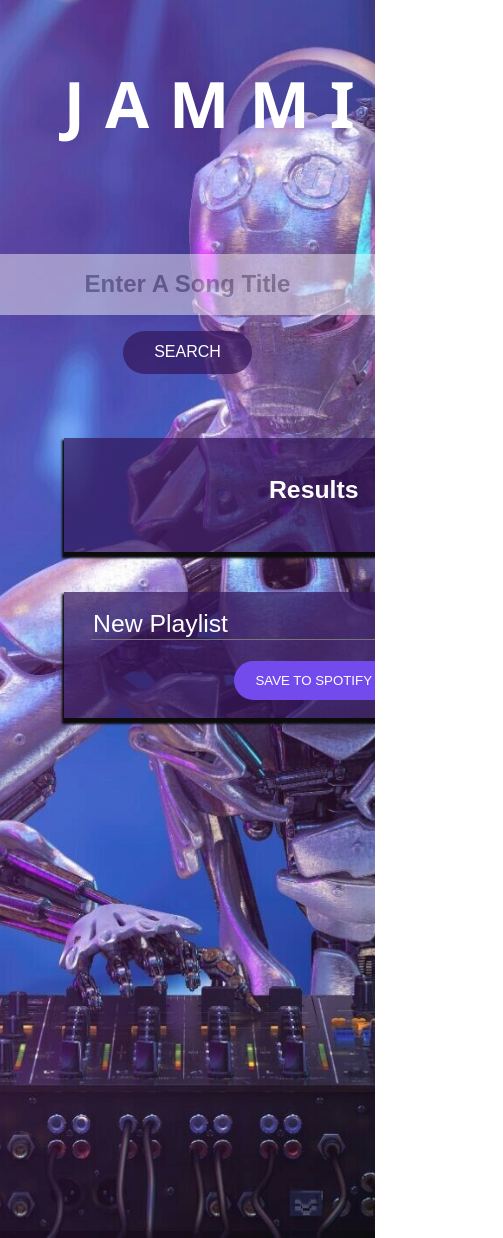
Repository: LolaSL/jamming
Page: /
These files come from the project's save history. The page is drawn as it stood at one moment and after a run of saves; the edit follows.
The browser window is 375 px wide. The page is 375 px wide, then 503 px, then 375 px, so the pictures cover 503 px, including what lies to the right of the window. The pictures show the whole page.
The project was rebuilt for these pictures with package versions that can differ from the ones it lists, and the page was loaded fresh each time. Also part of the build but not shown: src/components/Track/Track.css, src/components/Track/Track.jsx.

Above is the page before, as saved 2023-06-23 17:50:54.

### src/App/App.js
import React, { useState, useCallback } from "react";
import "./App.css";

import Playlist from "../components/PlayList/PlayList.jsx";
import SearchBar from "../components/SearchBar/SearchBar";
import SearchResults from "../components/SearchResults/SearchResults";
import Spotify from "../utils/Spotify";

const App = () => {
  const [searchResults, setSearchResults] = useState([]);
  const [playlistName, setPlaylistName] = useState("New Playlist");
  const [playlistTracks, setPlaylistTracks] = useState([]);

  const search = useCallback(async (term) => {
    const results = await Spotify.search(term);
    setSearchResults(results);
  }, []);

  const addTrack = useCallback((track) => {
    if (playlistTracks.some((savedTrack) => savedTrack.id === track.id)) {
      return;
    }
    setPlaylistTracks((prevTracks) => [...prevTracks, track]);
  }, [playlistTracks]);

  const removeTrack = useCallback((track) => {
    setPlaylistTracks((prevTracks) =>
      prevTracks.filter((currentTrack) => currentTrack.id !== track.id)
    );
  }, []);

  const updatePlaylistName = useCallback((name) => {
    setPlaylistName(name);
  }, []);

  const savePlaylist = useCallback(async () => {
    const trackUris = playlistTracks.map((track) => track.uri);
    await Spotify.savePlaylist(playlistName, trackUris);
    setPlaylistName("New Playlist");
    setPlaylistTracks([]);
  }, [playlistName, playlistTracks]);

  return (
    <div className="App-container" data-testid="app-test">
      <h1>
        Jamming
      </h1>
      <SearchBar onSearch={search} />
      <div className="App-playlist">
          <SearchResults searchResults={searchResults} onAdd={addTrack} />
          <Playlist
            playlistName={playlistName}
            playlistTracks={playlistTracks}
            onNameChange={updatePlaylistName}
            onRemove={removeTrack}
            onSave={savePlaylist}
        />
      </div>
      </div>
  );
};

export default App;
;

### src/App/App.css
body,
html,
#root {
  height: 100%;

}

.App-container{
  flex-wrap: wrap;
  height: 150%;
  padding: 0 17% 10% 17%;
  background-image: url('./background.jpg');
  opacity: 0.95;
  background-size: cover;
  overflow: hidden;
  background-position: center;
  background-repeat: no-repeat;
  font-family: 'Work Sans', sans-serif;
  font-weight: 500;
  color: #56649f;
  text-align: center;
  max-width: 100%;

}
h1{
  font-family:'Segoe UI', Tahoma, Geneva, Verdana, sans-serif;
  text-transform: uppercase;
  letter-spacing: 20px;
  color: #ffffff;
  font-size: 4rem;
  margin-top: 60px;
}
.App-playlist{
  display: flex;
  flex-wrap: wrap;
  align-items: justify;
  column-gap: 30px;
  width:500px;
  margin: 0 auto;

}

@media screen and (max-width: 400px) {
  .TrackList {
    width: 70%;
    height: auto;
    align-items: center;
  }
}

@media screen and (max-width: 800px) {
  .TrackList {
    width:75%;
    height: auto;
    align-items: center;
  }
}
@media only screen and (max-width: 1220px) {
  .TrackList {
    width: 90%;
    height: auto;
    align-items: center;
  }
}
@media only screen and (max-width: 1620px) {
  .TrackList {
    width: 100%;
    height: auto;
    align-items: center;
  }
}

### src/components/PlayList/PlayList.jsx
import React, { useCallback } from "react";
import PropTypes from "prop-types";
import "./PlayList.css";
import TrackList from "../TrackList/TrackList";

const Playlist = ({
  onNameChange,
  playlistTracks,
  onRemove,
  onSave
}) => {
  const handleNameChange = useCallback((event) => {
    onNameChange(event.target.value);
  }, [onNameChange]);

  return (
    <div className="Playlist">
      <input onChange={handleNameChange} defaultValue={"New Playlist"} />
      <TrackList
        tracks={playlistTracks}
        isRemoval={true}
        onRemove={onRemove}
      />
      <button className="Playlist-save" onClick={onSave}>
        SAVE TO SPOTIFY
      </button>
    </div>
  );
};

Playlist.propTypes = {
  onNameChange: PropTypes.func,
  playlistTracks: PropTypes.array,
  onRemove: PropTypes.func,
  onSave: PropTypes.func
};

export default Playlist;

### src/components/SearchBar/SearchBar.jsx
import React, { useState, useCallback } from "react";
import "./SearchBar.css";

const SearchBar = ({ onSearch }) => {
  const [term, setTerm] = useState("");

  const handleTermChange = useCallback((event) => {
    setTerm(event.target.value);
  }, []);

  const search = useCallback(() => {
    onSearch(term);
  }, [onSearch, term]);

  return (
    <div className="SearchBar">
      <input placeholder="Enter A Song Title" onChange={handleTermChange} />
      <button className="SearchButton" onClick={search}>
        SEARCH
      </button>
    </div>
  );
};

export default SearchBar;

### src/components/SearchResults/SearchResults.jsx
import React from "react";
import "./SearchResults.css";
import TrackList from "../TrackList/TrackList";

const SearchResults = ({ searchResults, onAdd }) => {
  return (
    <div className="SearchResults">
      <h2>Results</h2>
      <TrackList tracks={searchResults} onAdd={onAdd} />
    </div>
  );
};

export default SearchResults;

### src/utils/Spotify.js
const clientId = 'a18dfb23f21c4bf69aa0c5c6ac72acdc'; // Insert client ID here.
const redirectUri = 'http://localhost:3000/'; // Have to add this to your accepted Spotify redirect URIs on the Spotify API.

let accessToken;

const Spotify = {
  getAccessToken() {
    if (accessToken) {
      return accessToken;
    }

    const accessTokenMatch = window.location.href.match(/access_token=([^&]*)/);
    const expiresInMatch = window.location.href.match(/expires_in=([^&]*)/);
    if (accessTokenMatch && expiresInMatch) {
      accessToken = accessTokenMatch[1];
      const expiresIn = Number(expiresInMatch[1]);
      window.setTimeout(() => accessToken = '', expiresIn * 1000);
      window.history.pushState('Access Token', null, '/'); // This clears the parameters, allowing us to grab a new access token when it expires.
      return accessToken;
    } else {
      const accessUrl = `https://accounts.spotify.com/authorize?client_id=${clientId}&response_type=token&scope=playlist-modify-public&redirect_uri=${redirectUri}`;
      window.location = accessUrl;
    }
  },

  async search(term) {
    const accessToken = Spotify.getAccessToken();
    const response = await fetch(`https://api.spotify.com/v1/search?type=track&q=${term}`, {
      headers: {
        Authorization: `Bearer ${accessToken}`
      }
    });
    const jsonResponse = await response.json();
    if (!jsonResponse.tracks) {
      return [];
    }
    return jsonResponse.tracks.items.map(track => ({
      id: track.id,
      name: track.name,
      artist: track.artists[0].name,
      album: track.album.name,
      popularity: track.popularity,
      uri: track.uri
    }));
  },

  savePlaylist(name, trackUris) {
    if (!name || !trackUris.length) {
      return;
    }

    const accessToken = Spotify.getAccessToken();
    const headers = { Authorization: `Bearer ${accessToken}` };
    let userId;

    return fetch('https://api.spotify.com/v1/me', { headers: headers }
    ).then(response => response.json()
    ).then(jsonResponse => {
      userId = jsonResponse.id;
      return fetch(`https://api.spotify.com/v1/users/${userId}/playlists`, {
        headers: headers,
        method: 'POST',
        body: JSON.stringify({ name: name })
      }).then(response => response.json()
      ).then(jsonResponse => {
        const playlistId = jsonResponse.id;
        return fetch(`https://api.spotify.com/v1/users/${userId}/playlists/${playlistId}/tracks`, {
          headers: headers,
          method: 'POST',
          body: JSON.stringify({ uris: trackUris })
        });
      });
    });
  }
};

export default Spotify;

### src/components/PlayList/PlayList.css
.Playlist {
    display: flex;
    flex-direction: column;
    align-items: center;
    justify-items: center;
    overflow-y: scroll;
    width: 100%;
    max-height: 900px;
    padding: 1.1rem;
    background-color: rgba(40, 9, 80, 0.7);
    box-shadow: 0 4px 2px 2px #000000;

  }

  .Playlist input {
    width: 95%;
    border: 0;
    outline: 0;
    background: transparent;
    border-bottom: 1px solid #6f6f6f;
    font-family: 'Poppins', sans-serif;
    font-size: 1.55rem;
    color: #fff;
  }

  .Playlist-save {
    cursor: pointer;
    width: 10rem;
    padding: .77rem 0;
    border-radius: 54px;
    border-width: 0px;
    margin-top: 1.27rem;
    background-color: #6c41ec;
    text-align: center;
    font-size: .83rem;
    transition: background-color .25s;
    color: #fff;
    font-weight: 500;
  }

  .Playlist-save:hover {
    background-color: rgba(108, 65, 233, .7);
  }

  ::-webkit-scrollbar {
      width: 0px;
      background: transparent;
  }

  @media screen and (max-width: 400px) {
    .Playlist {
      width: 70%;
      height: auto;
      align-items: center;
    }
  }

  @media screen and (max-width: 800px) {
    .Playlist {
      width:75%;
      height: auto;
    }
  }
  @media only screen and (max-width: 1220px) {
    .Playlist {
      width: 90%;
      height: auto;
      align-items: center;
    }
  }
  @media only screen and (max-width: 1620px) {
    .Playlist {
      width: 100%;
      height: auto;
      align-items: center;
    }
  }

### src/components/TrackList/TrackList.jsx
import React from "react";
import PropTypes from "prop-types";
import "./TrackList.css";
import Track from "../Track/Track";

const TrackList = ({ tracks, onAdd, isRemoval, onRemove }) => {
  return (
    <div className="TrackList">
      {tracks.map((track, index) => (
        <Track
          key={index}
          track={track}
          onAdd={onAdd}
          isRemoval={isRemoval}
          onRemove={onRemove}
        />
      ))}
    </div>
  );
};

TrackList.propTypes = {
  tracks: PropTypes.array,
  onAdd: PropTypes.func,
  onRemove: PropTypes.func,
  isRemoval: PropTypes.bool,
};

export default TrackList;

### src/components/SearchBar/SearchBar.css
.SearchBar {
  display: flex;
  flex-direction: column;
  align-items: center;
  padding-top: 4rem;
  margin-bottom: 4rem;
}

.SearchBar input {
  width: 450px;
  height: 25px;
  padding:1rem 0;
  border: 2px solid #fff;
  border-radius: 15px;
  margin-bottom: 1rem;
  color: black;
  font-weight: 600;
  text-align: center;
  font-size: 1.5rem;
  opacity: 0.45;
  z-index: 1;
}

.SearchBar input:focus {
  outline: none;
}

.SearchButton {
  cursor: pointer;
  width: 8.11rem;
  padding: 0.77rem 0;
  border-radius: 54px;
  background-color: rgba(40, 9, 80, 0.7);
  text-align: center;
  font-size: 1rem;
  transition: background-color 0.25s;
  border: 0px;
  color: #fff;
  font-weight: 500;
}

.SearchButton:hover {
  background-color: rgba(108, 65, 233, 0.7);
}

### src/components/SearchResults/SearchResults.css
.SearchResults {
  display: flex;
  flex-direction: column;
  align-items: left;
  overflow-y: scroll;
  width: 38%;
  max-height: 900px;
  padding: 1.1rem;
  background-color: rgba(40, 9, 80, 0.7);
  box-shadow: 0 4px 2px 2px #000000;
  gap: 10px;

  }
  h2{
    font-family: 'Poppins', sans-serif;
    color: #ffffff;
    text-align: left;
    font-size: 1.55rem;
  }
  ::-webkit-scrollbar {
      width: 0px;
      background: transparent;
  }

  /* @media only screen and (max-width: 1020px) {
    .SearchResults {
      width: 90%;
      margin-bottom:2.5rem;
    }
  } */

  @media screen and (min-width: 400px) {
    .SearchResults {
      width: 70%;
      margin-bottom:1.5rem;
      align-items: center;
    }
  }

  @media screen and (min-width: 800px) {
    .SearchResults {
      width:75%;
      margin-bottom:2rem;
      align-items: center;
    }
  }
  @media only screen and (max-width: 1220px) {
    .SearchResults {
      width: 90%;
      margin-bottom:2.5rem;
      align-items: center;
    }
  }
  @media only screen and (max-width: 1620px) {
    .SearchResults {
      width: 100%;
      margin-bottom:2.5rem;
      align-items: center;
    }
  }

### src/components/TrackList/TrackList.css
.TrackList {
    width: 100%;
    overflow-y: scroll;
  }

  @media screen and (max-width: 400px) {
    .TrackList {
      width: 70%;
      height: auto;
      align-items: center;
    }
  }

  @media screen and (max-width: 800px) {
    .TrackList {
      width:75%;
      height: auto;
      align-items: center;
    }
  }
  @media only screen and (max-width: 1220px) {
    .TrackList {
      width: 90%;
      height: auto;
      align-items: center;
    }
  }
  @media only screen and (max-width: 1620px) {
    .TrackList {
      width: 100%;
      height: auto;
      align-items: center;
    }
  }

Loaded but not shown: public/index.html (common file); src/index.js (common file); src/index.css (common file); src/reportWebVitals.js (common file)

After the next 4 saves:
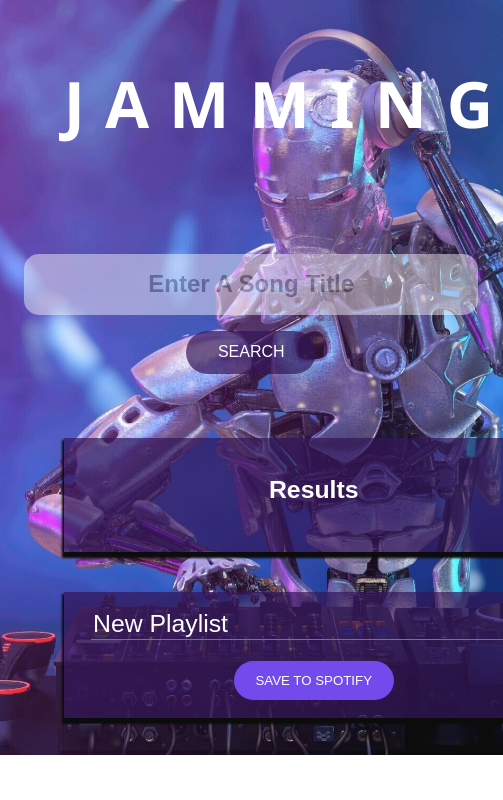
The 4 saves are shown as one change because they came seconds apart.
The last was saved 25 s later.
--- a/src/App/App.css
+++ b/src/App/App.css
@@ -41,7 +41,7 @@
 }
 
 @media screen and (max-width: 400px) {
-  .TrackList {
+  .App-container {
     width: 70%;
     height: auto;
     align-items: center;
@@ -49,21 +49,21 @@
 }
 
 @media screen and (max-width: 800px) {
-  .TrackList {
+  .App-container {
     width:75%;
     height: auto;
     align-items: center;
   }
 }
 @media only screen and (max-width: 1220px) {
-  .TrackList {
+  .App-container {
     width: 90%;
     height: auto;
     align-items: center;
   }
 }
 @media only screen and (max-width: 1620px) {
-  .TrackList {
+  .App-container {
     width: 100%;
     height: auto;
     align-items: center;

After the save that followed:
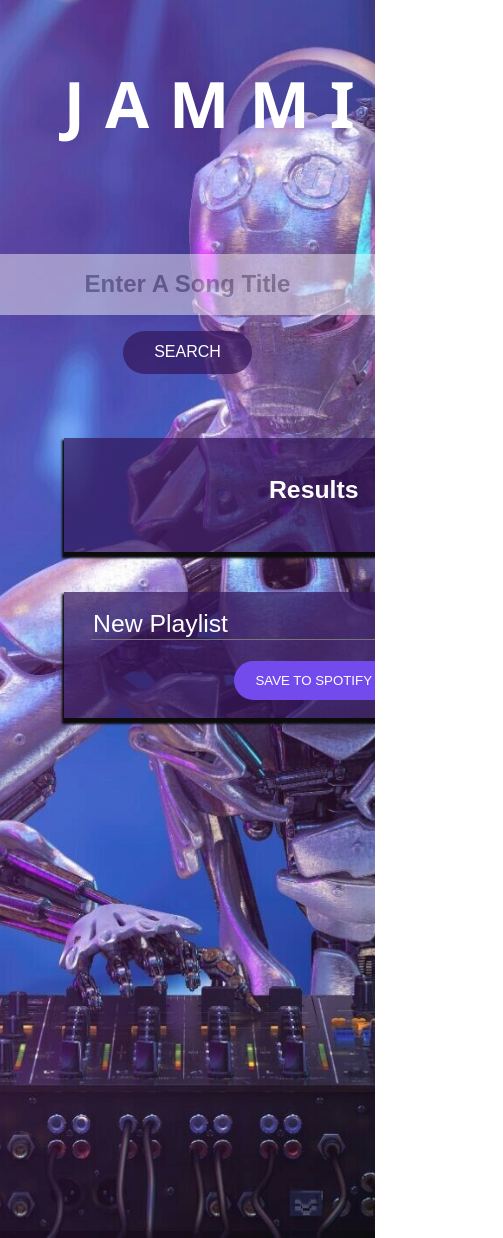
Saved 44 s later.
--- a/src/App/App.css
+++ b/src/App/App.css
@@ -40,7 +40,7 @@
 
 }
 
-@media screen and (max-width: 400px) {
+/* @media screen and (max-width: 400px) {
   .App-container {
     width: 70%;
     height: auto;
@@ -68,4 +68,4 @@
     height: auto;
     align-items: center;
   }
-}
+} */
